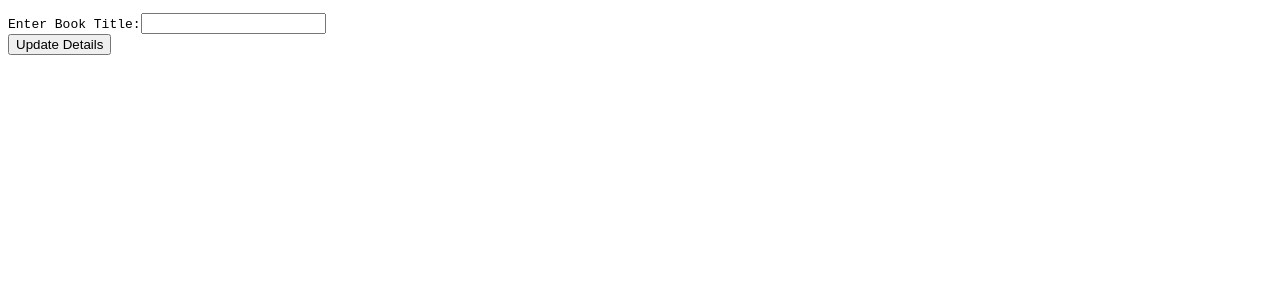
Repository: Bhakti-Belan/Web_Based_Java_Assignment
Page: http://localhost/Online_Bookshop/updateBook.jsp
These files come from the project's save history. The page is drawn as it stood at one moment and after the next save; the edit follows.
The browser window is 1280 px wide. The pictures show the whole page.
The page is served by Tomcat 10. Other server files are loaded and not shown.

Above is the page before, as saved 2025-04-25 03:33:28.

### Online_Bookshop/src/main/webapp/updateBook.jsp
<%@ page language="java" contentType="text/html; charset=UTF-8"
    pageEncoding="UTF-8"%>
<!DOCTYPE html>
<html>
<head>
<meta charset="UTF-8">
<title>Update Book</title>
</head>
<body>
<form action="" method="post">
<pre>
Enter Book Title:<input type="text" name="title">
<input type="submit" value="Update Details">
</pre>
</form>
</body>
</html>

After the next save:
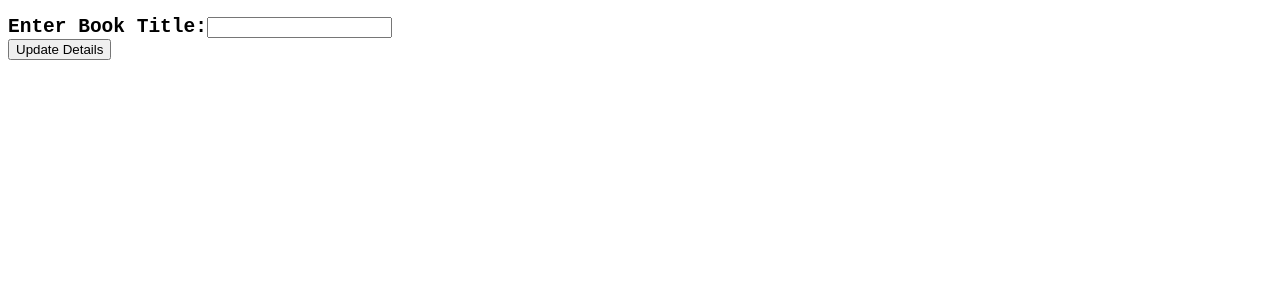
Saved 38 s later.
--- a/Online_Bookshop/src/main/webapp/updateBook.jsp
+++ b/Online_Bookshop/src/main/webapp/updateBook.jsp
@@ -9,8 +9,8 @@
 <body>
 <form action="" method="post">
 <pre>
-Enter Book Title:<input type="text" name="title">
-<input type="submit" value="Update Details">
+<h2>Enter Book Title:<input type="text" name="title">
+<input type="submit" value="Update Details"></h2>
 </pre>
 </form>
 </body>
